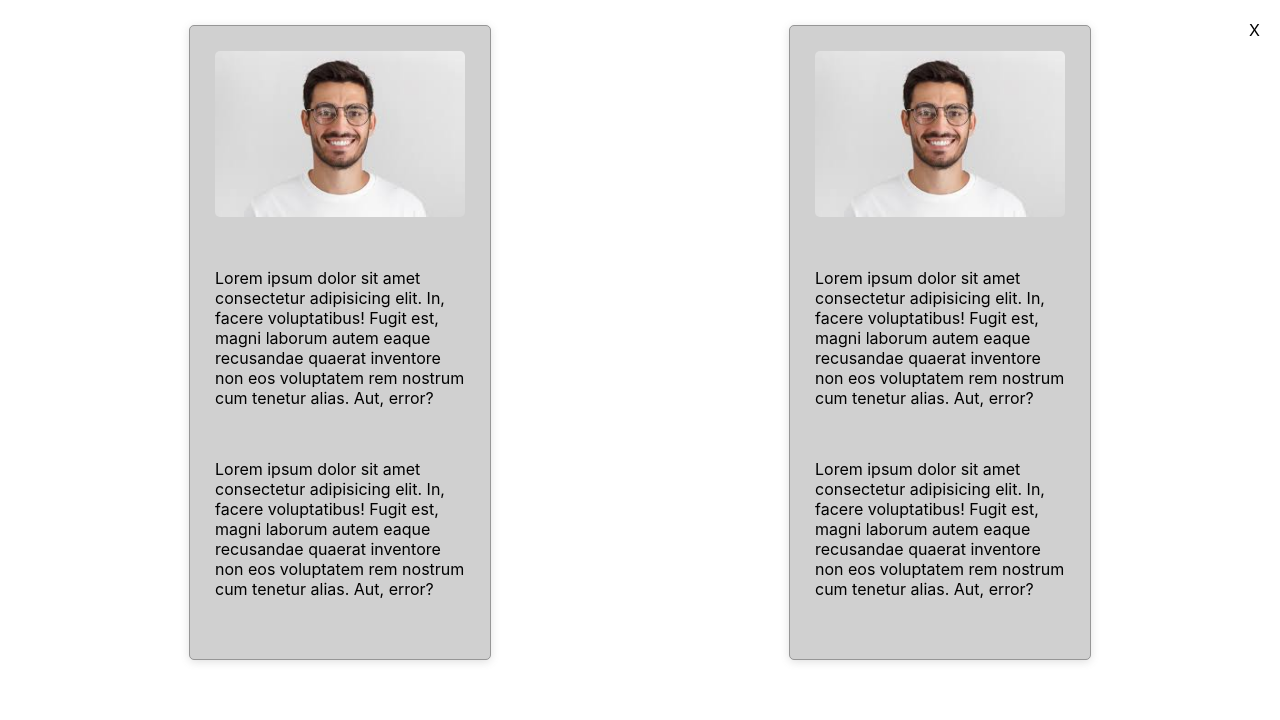
Repository: mikelnorth/team-profile-demo
Page: /
These files come from the project's save history. The page is drawn as it stood at one moment and after the next save; the edit follows.
The browser window is 1280 px wide. The pictures show the whole page.
The project was rebuilt for these pictures with package versions that can differ from the ones it lists, and the page was loaded fresh each time.

Above is the page before, as saved 2022-05-19 19:28:54.

After the next save:
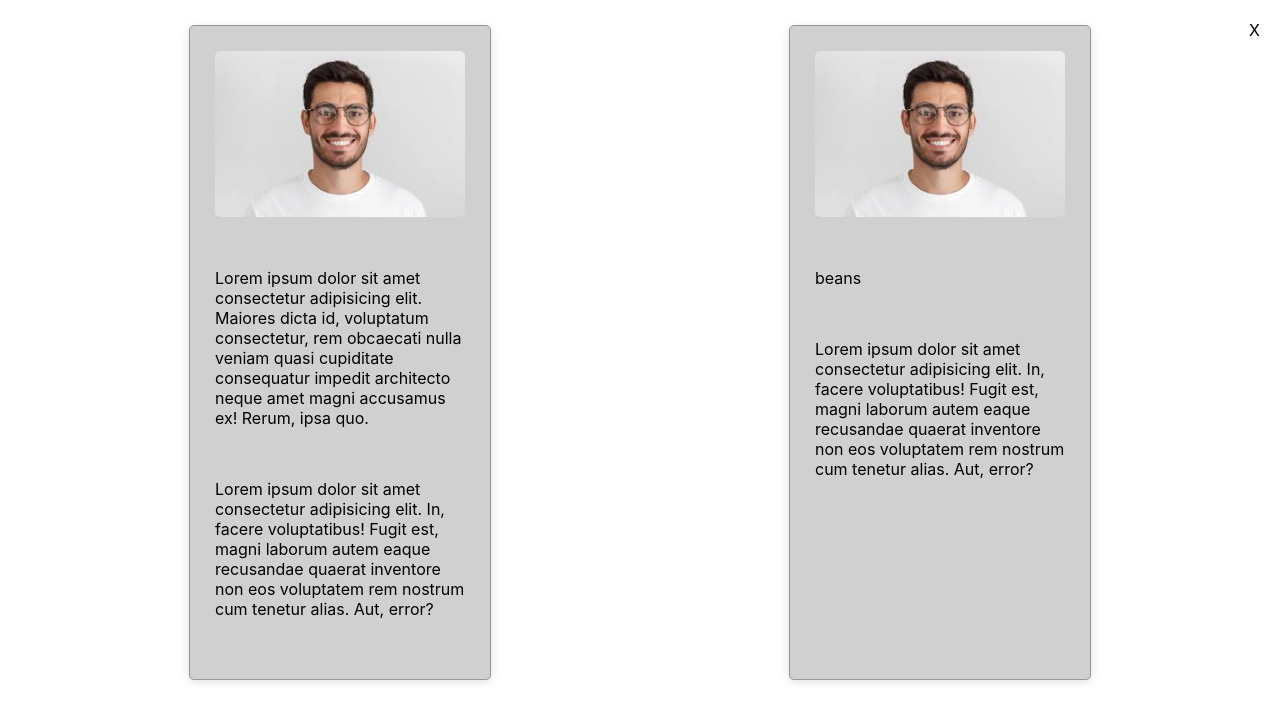
Saved 11 s later.
--- a/src/components/Card.js
+++ b/src/components/Card.js
@@ -7,9 +7,7 @@ export default function Card({person}) {
     <section className="card">
       <img src={headshot} alt="headshot" />
       <p>
-        Lorem ipsum dolor sit amet consectetur adipisicing elit. In, facere
-        voluptatibus! Fugit est, magni laborum autem eaque recusandae quaerat
-        inventore non eos voluptatem rem nostrum cum tenetur alias. Aut, error?
+        {person.text}
       </p>
       <p>
         Lorem ipsum dolor sit amet consectetur adipisicing elit. In, facere
